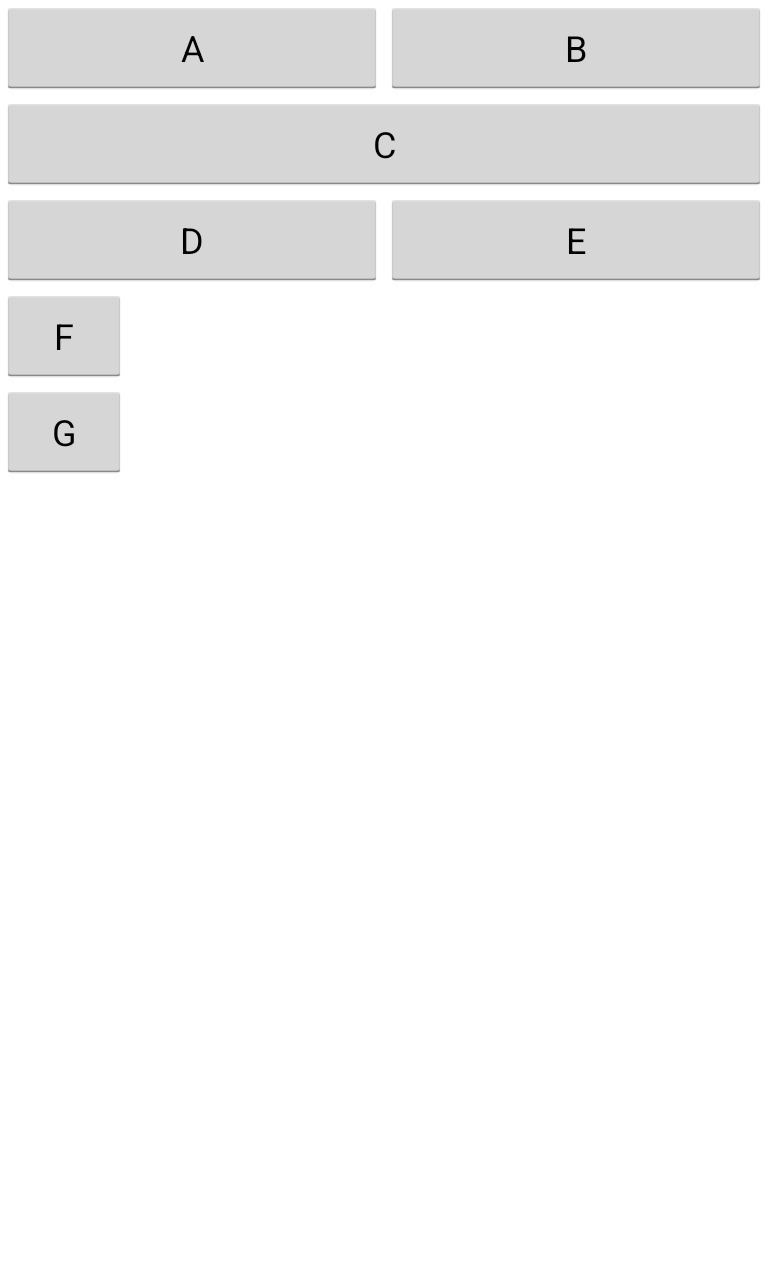
Repository: iracom/ejercicios-android
Layout: Layouts/res/layout/activity_relative.xml
These files come from the project's save history. The layout is drawn as it stood at one moment and after the next save; the edit follows.
It is drawn on a 768 x 1280 px phone screen (xhdpi) without system bars, with theme AppTheme; the app's code is not run.

Above is the layout before, as saved 2014-05-07 07:33:18.

### Layouts/res/layout/activity_relative.xml
<RelativeLayout xmlns:android="http://schemas.android.com/apk/res/android"
    xmlns:tools="http://schemas.android.com/tools"
    android:id="@+id/container"
    android:layout_width="match_parent"
    android:layout_height="match_parent"
    tools:context="com.iraitzcompains.layouts.RelativeActivity"
    tools:ignore="MergeRootFrame" >

    <LinearLayout
        android:id="@+id/linearLayout1"
        android:layout_width="match_parent"
        android:layout_height="wrap_content" >

        <Button
            android:id="@+id/button1"
            android:layout_width="match_parent"
            android:layout_height="wrap_content"
            android:layout_weight="1"
            android:text="@string/button_a" />

        <Button
            android:id="@+id/button2"
            android:layout_width="match_parent"
            android:layout_height="wrap_content"
            android:layout_weight="1"
            android:text="@string/button_b" />
    </LinearLayout>

    <Button
        android:id="@+id/button3"
        android:layout_width="wrap_content"
        android:layout_height="wrap_content"
        android:layout_alignParentLeft="true"
        android:layout_alignParentRight="true"
        android:layout_below="@+id/linearLayout1"
        android:layout_centerHorizontal="true"
        android:text="@string/button_c" />

    <LinearLayout
        android:id="@+id/linearLayout2"
        android:layout_width="match_parent"
        android:layout_height="wrap_content"
        android:layout_alignParentLeft="true"
        android:layout_alignParentRight="true"
        android:layout_below="@+id/button3" >

        <Button
            android:id="@+id/button4"
            android:layout_width="match_parent"
            android:layout_height="wrap_content"
            android:layout_weight="1"
            android:text="@string/button_d" />

        <Button
            android:id="@+id/button5"
            android:layout_width="match_parent"
            android:layout_height="wrap_content"
            android:layout_weight="1"
            android:text="@string/button_e" />
    </LinearLayout>

    <LinearLayout
        android:layout_width="wrap_content"
        android:layout_height="wrap_content"
        android:layout_alignParentBottom="true"
        android:layout_alignParentLeft="true"
        android:layout_below="@+id/linearLayout2"
        android:orientation="vertical" >

        <Button
            android:id="@+id/button6"
            android:layout_width="match_parent"
            android:layout_height="wrap_content"
            android:text="@string/button_f" />

        <Button
            android:id="@+id/button7"
            android:layout_width="match_parent"
            android:layout_height="wrap_content"
            android:text="@string/button_g" />

    </LinearLayout>

</RelativeLayout>

### Layouts/res/values/strings.xml
<?xml version="1.0" encoding="utf-8"?>
<resources>

    <string name="app_name">Layouts</string>
    <string name="hello_world">Hello world!</string>
    <string name="action_settings">Settings</string>
    <string name="button_a">A</string>
    <string name="button_b">B</string>
    <string name="button_c">C</string>
    <string name="button_d">D</string>
    <string name="button_e">E</string>
    <string name="button_f">F</string>
    <string name="button_g">G</string>
    <string name="button_h">H</string>
    <string name="button_i">I</string>
    <string name="title_activity_relative">RelativeActivity</string>

</resources>

Loaded but not shown: Layouts/res/values/styles.xml (common file); Layouts/res/values-v11/styles.xml (common file); Layouts/res/values-v14/styles.xml (common file)

After the next save:
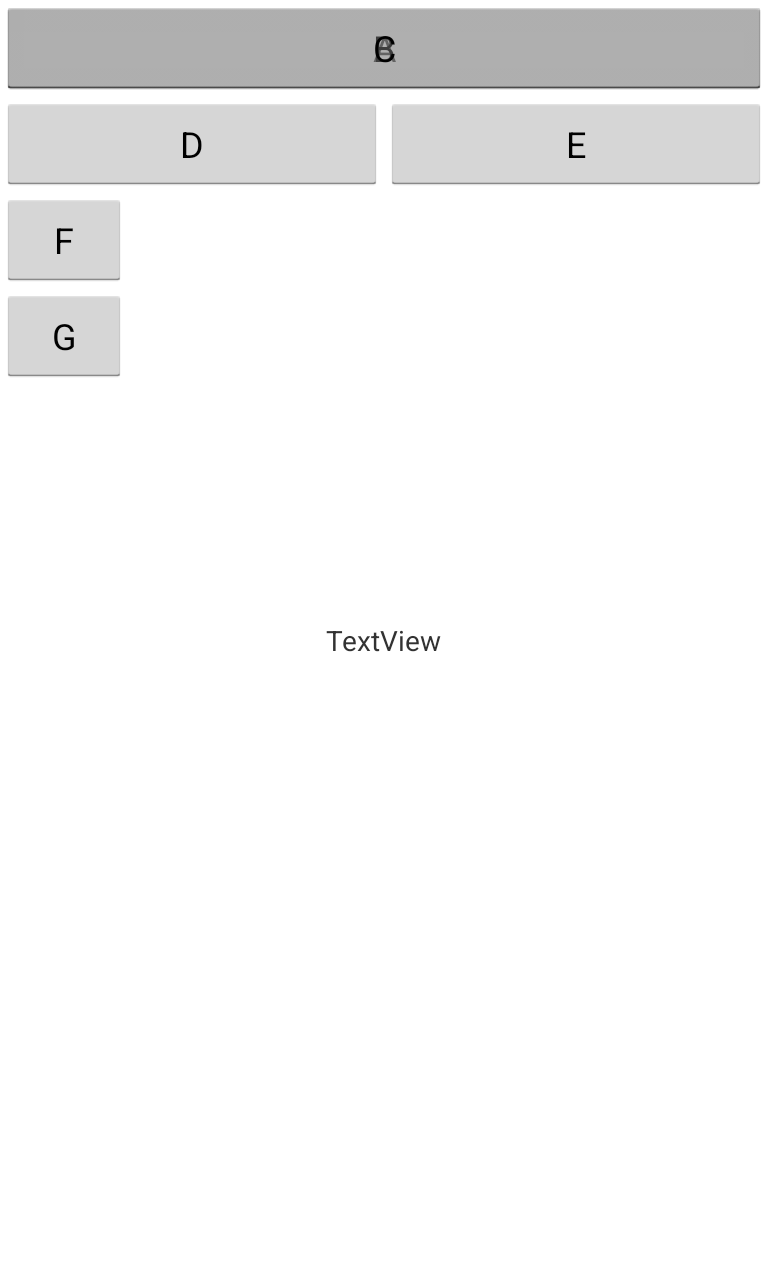
Saved 6 min 18 s later.
--- a/Layouts/res/layout/activity_relative.xml
+++ b/Layouts/res/layout/activity_relative.xml
@@ -6,25 +6,24 @@
     tools:context="com.iraitzcompains.layouts.RelativeActivity"
     tools:ignore="MergeRootFrame" >
 
-    <LinearLayout
-        android:id="@+id/linearLayout1"
+    <Button
+        android:id="@+id/button1"
         android:layout_width="match_parent"
-        android:layout_height="wrap_content" >
+        android:layout_height="wrap_content"
+        android:text="@string/button_a" />
 
-        <Button
-            android:id="@+id/button1"
-            android:layout_width="match_parent"
-            android:layout_height="wrap_content"
-            android:layout_weight="1"
-            android:text="@string/button_a" />
+    <TextView
+        android:id="@+id/textView1"
+        android:layout_width="wrap_content"
+        android:layout_height="wrap_content"
+        android:layout_centerInParent="true"
+        android:text="TextView" />
 
-        <Button
-            android:id="@+id/button2"
-            android:layout_width="match_parent"
-            android:layout_height="wrap_content"
-            android:layout_weight="1"
-            android:text="@string/button_b" />
-    </LinearLayout>
+    <Button
+        android:id="@+id/button2"
+        android:layout_width="match_parent"
+        android:layout_height="wrap_content"
+        android:text="@string/button_b" />
 
     <Button
         android:id="@+id/button3"
@@ -32,7 +31,6 @@
         android:layout_height="wrap_content"
         android:layout_alignParentLeft="true"
         android:layout_alignParentRight="true"
-        android:layout_below="@+id/linearLayout1"
         android:layout_centerHorizontal="true"
         android:text="@string/button_c" />
 
